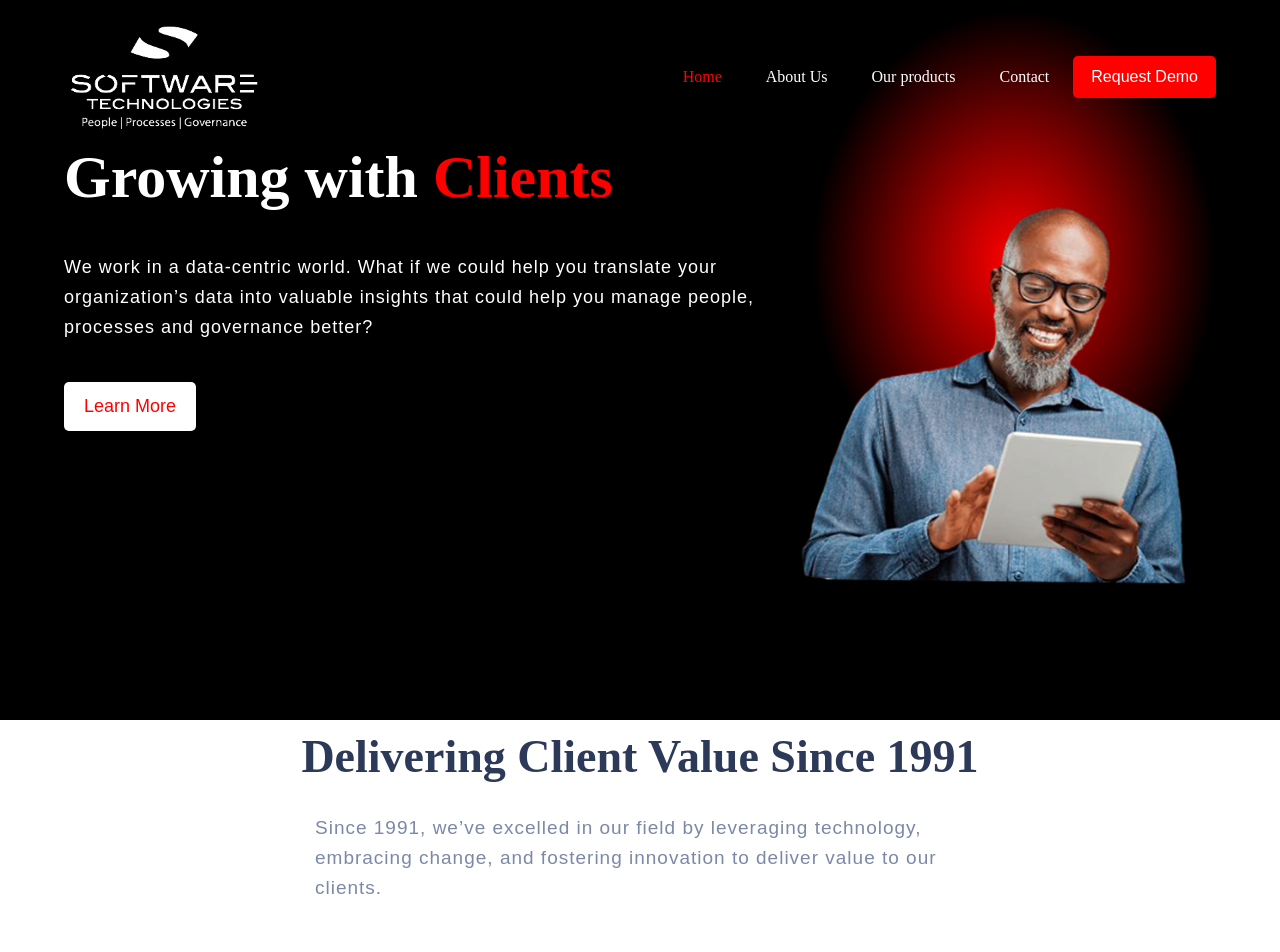
Repository: Kaleidiana/IST
Page: home.html
The author's editor kept a copy of each file at every save. The page is drawn from the files as they stood at one save, then again after the next save.
The browser window is 1280 px wide. The pictures show the part of the page from y = 0 to 952 px (the page is 4714 px tall).
A picture or video elsewhere on the page could not be fetched, so the positions and the page height are approximate.

Above is the page before, as saved 2024-03-20 11:55:51.

### home.html
<!DOCTYPE html>
<html lang="en">

<head>
    <meta charset="UTF-8">
    <meta name="viewport" content="width=device-width, initial-scale=1.0">
    <title>Document</title>
    <link rel="stylesheet" href="home.css">
    <link rel="stylesheet" href="https://cdnjs.cloudflare.com/ajax/libs/font-awesome/6.5.1/css/all.min.css" integrity="sha512-DTOQO9RWCH3ppGqcWaEA1BIZOC6xxalwEsw9c2QQeAIftl+Vegovlnee1c9QX4TctnWMn13TZye+giMm8e2LwA==" crossorigin="anonymous" referrerpolicy="no-referrer"
    />
</head>

<body>
    <!--------home section -->
    <div id="home">
        <div class="container">
            <div class="header">
                <nav>
                    <img class="logo" src="logo.png" alt="">
                    <ul>
                        <li><a style="color: red;" href="#">Home</a></li>
                        <li><a href="#">About Us</a></li>
                        <li>
                            <a href="#">Our products</a>
                            <ul class="dropdown">
                                <li><a href="#">Managing people</a></li>
                                <li><a href="#">Managing resources</a></li>
                                <li><a href="#">Managing </a></li>
                                <li><a href="#">Governance</a></li>
                            </ul>
                        </li>
                        <li><a href="contact.html">Contact</a></li>
                        <li><a class="demmo" href="#">Request Demo</a></li>
                    </ul>
                </nav>

                <div class="home-content">
                    <div class="home-texts">
                        <h1>Growing with <span>Clients</span></h1>
                        <p>We work in a data-centric world. What if we could help you translate your organization’s data into valuable insights that could help you manage people, processes and governance better?</p>
                        <button>Learn More</button>
                    </div>
                    <div class="the-image">
                        <img src="./images/happy.png" alt="">
                    </div>
                </div>
            </div>
        </div>
    </div>

    <div id="about">
        <div class="header2-content">
            <h1>Delivering Client Value Since 1991</h1>
            <p>Since 1991, we’ve excelled in our field by leveraging technology, embracing change, and fostering innovation to deliver value to our clients.</p>
        </div>

        <div class="about-content">
            <div class="text">
                <p>eHorizon – HRMS (Human Resource Management System)</p>
                <h2>Human Resource and Payroll</h2>
                <hr>
                <p class="main-text">Manage your employee’s lifecycle, effectively. No matter the size, industry or location of your organization, we can help manage your employee’s life cycle on cloud with our intuitive software solution.
                </p>
                <button>Learn More</button>
            </div>
            <div class="image-content">
                <img src="image-1.png" alt="">
            </div>
            <div class="image-content">
                <img src="image-2.png" alt="">
            </div>
            <div class="text">
                <p>eHorizon – HRMS (Human Resource Management System)</p>
                <h2>Human Resource and Payroll</h2>
                <hr>
                <p class="main-text">Manage your employee’s lifecycle, effectively. No matter the size, industry or location of your organization, we can help manage your employee’s life cycle on cloud with our intuitive software solution.
                </p>
                <button>Learn More</button>
            </div>

            <div class="text">
                <p>eHorizon – HRMS (Human Resource Management System)</p>
                <h2>Human Resource and Payroll</h2>
                <hr>
                <p class="main-text">Manage your employee’s lifecycle, effectively. No matter the size, industry or location of your organization, we can help manage your employee’s life cycle on cloud with our intuitive software solution.
                </p>
                <button>Learn More</button>
            </div>
            <div class="image-content">
                <img src="image-3.jpeg" alt="">
            </div>
            <div class="image-content">
                <img src="image-1.png" alt="">
            </div>
            <div class="text">
                <img src="./images/Betty-eBoard.jpg" alt="">
                <p>eHorizon – HRMS (Human Resource Management System)</p>
                <h2>Human Resource and Payroll</h2>
                <hr>
                <p class="main-text">Manage your employee’s lifecycle, effectively. No matter the size, industry or location of your organization, we can help manage your employee’s life cycle on cloud with our intuitive software solution.
                </p>
                <button>Learn More</button>
            </div>
        </div>
    </div>
    <!---------product section------->
    <div id="product">
        <h1>Download Our Brochures</h1>
        <div class="product-images">
            <div>
                <h4 class="try">Board Management System</h4>
                <button class="btnn">Download</button>
            </div>
            <div>
                <h4 class="try">eParliament</h4>

                <button class="btnn">Download</button>
            </div>
            <div>
                <h4 class="try">Contract Lifecycle Management</h4>
                <img src="./images/Contract..png" alt="">
                <button class="btnn">Download</button>
            </div>
            <div>
                <h4 class="try">Human Resource and Payroll</h4>
                <img src="./images/contact2.png" alt="">
                <button class="btnn">Download</button>
            </div>
        </div>

    </div>
    <div class="down-side">
        <h1>Ready to enhance board productivity and decision-making?<br> Request a demo <span style="color: red;">today</span></h1>
        <button>I Am Ready</button>
    </div>

    <div id="request">
        <div class="left-side">
            <img class="" src="logo.png" alt="">
            <p>Download Our Apps</p>
            <button>App Store</button>
            <button>App Play</button>
        </div>
        <div class="horizontal-line">

        </div>
        <div class="right-side">
            <div>
                <h4>Products</h4>
                <p>eHorizon eBoard</p>
                <p>eHorizon eParliament</p>
                <p>eHorizon HRMS</p>
                <p>eHorizon Mkataba</p>
            </div>

            <div>
                <h4>Company</h4>
                <p>Home</p>
                <p>About STL</p>
                <p>Contact Us</p>
                <p>Security</p>
            </div>

            <div>
                <h4>Discover</h4>
                <p>Blog</p>
                <p>Partners</p>
                <p>CRS</p>
                <p>Career Opportunities</p>
            </div>
        </div>
    </div>
    <hr>
    <div class="foot">
        <div class="copy-write">
            <p>©1991-2024 Software Technologies Ltd. All Rights Reserved | Privacy Policy | Terms & Conditions</p>
        </div>

        <div class="icons">
            <i class="fa-brands fa-linkedin"></i>
            <i class="fa-brands fa-twitter"></i>
            <i class="fa-brands fa-facebook"></i>
        </div>
    </div>
</body>

</html>

### home.css
* {
    margin: 0;
    padding: 0;
    box-sizing: border-box;
}

.header {
    width: 100%;
    background: radial-gradient(closest-side at 950px 250px, red, black);
    color: #fff;
}

nav {
    display: flex;
    justify-content: space-between;
    align-items: center;
}

#home {
    padding: 10px 5%;
    width: 100%;
    height: 100vh;
    background-color: black;
}

ul {
    list-style: none;
}

ul li {
    display: inline-block;
    position: relative;
}

ul li a {
    display: block;
    padding: 15px 20px;
    color: #fff;
    text-decoration: none;
    text-align: center;
}

ul li ul.dropdown li a {
    color: black;
}

ul li ul.dropdown li {
    display: block;
}

ul li ul.dropdown {
    width: 100%;
    position: absolute;
    display: none;
}

ul li:hover ul.dropdown {
    display: block;
    background-color: #fff;
    width: 250px;
    border-radius: 10px;
}

.logo {
    width: 200px;
}

.demmo {
    background-color: red;
    color: #fff;
    padding: 12px 18px;
    border: none;
    border-radius: 5px;
    font-family: sans-serif;
}

.the-image img {
    width: 430px;
    margin-top: 10%;
}

.home-content {
    display: flex;
    justify-content: space-between;
}

.home-texts {
    flex-basis: 60%;
}

.home-content p {
    line-height: 30px;
    letter-spacing: 1px;
    font-size: 18px;
    font-family: sans-serif;
    font-weight: 300;
    margin-bottom: 40px;
}

.home-content h1 {
    font-size: 60px;
    margin-bottom: 40px;
}

.home-content span {
    color: red;
}

.home-content button {
    background-color: white;
    color: red;
    padding: 14px 20px;
    border: none;
    border-radius: 5px;
    font-family: sans-serif;
    font-size: 18px;
}


/*-------ABOUT SECTION --------*/

#about {
    padding: 10px 5%;
}

.about-content {
    display: grid;
    grid-template-columns: 1fr 1fr;
    column-gap: 30px;
    row-gap: 20px;
    margin-top: 6%;
}

.text {
    background-color: #DAE6E9;
    padding: 65px 25px;
    border-radius: 10px;
}

.text p {}

.main-text {
    font-size: 15px;
    margin-top: 20px;
    letter-spacing: 1px;
    line-height: 30px;
    font-family: sans-serif;
}

.text h2 {
    margin-top: 20px;
    margin-bottom: 30px;
}

.image-content img {}

.text button {
    margin-top: 20px;
    background-color: red;
    border: none;
    padding: 12px 23px;
    color: white;
    border-radius: 5px;
}

.header2-content {
    display: flex;
    align-items: center;
    justify-content: center;
    flex-direction: column;
}

.header2-content h1 {
    padding-left: 0px;
    font-size: 46px;
    margin-bottom: 30px;
    color: #2d3958;
}

.header2-content p {
    width: 650px;
    color: #7b88a8;
    font-size: 19px;
    line-height: 30px;
    letter-spacing: 1px;
    font-family: sans-serif;
    font-weight: 200;
}

hr {
    color: black;
    border: solid 0.6px;
}


/*-----------PRODUCT SECTION______*/

#product {
    padding: 10px 8%;
    width: 100%;
    height: 100vh;
    display: flex;
    align-items: center;
    flex-direction: column;
}

.product-images img {
    width: 100%;
}

.product-images {
    display: grid;
    grid-template-columns: 1fr 1fr 1fr 1fr;
    column-gap: 25px;
}

.product-images div {
    position: relative;
    padding-top: 60px;
    width: 240px;
    height: 400px;
    padding-left: 20px;
    padding-right: 20px;
    box-shadow: 0 6px 10px rgba(0, 0, 0, .5);
}

.btnn {
    font-size: 17px;
    position: absolute;
    bottom: 15px;
    left: 50%;
    transform: translate(-50%);
    width: 130px;
    background-color: red;
    color: white;
    border: none;
    padding: 8px;
}

i {
    background-color: #fff;
}

#product h1 {
    margin-top: 8%;
    color: #2d3958;
    margin-bottom: 20px;
    font-size: 40px;
    font-weight: 900;
}

.try {
    white-space: nowrap;
    top: 20px;
    left: 50%;
    transform: translate(-50%);
    position: absolute;
    color: #2d3958;
}

.down-side {
    width: 100%;
    height: 50vh;
    background-color: #DAE6E9;
    border-radius: 60px 60px 0 0;
    display: flex;
    justify-content: center;
    align-items: center;
    text-align: center;
    flex-direction: column;
}

.down-side h1 {
    color: #2d3958;
}

.down-side button {
    margin-top: 4%;
    width: 140px;
    height: 50px;
    background-color: red;
    color: #fff;
    border: none;
    font-size: 18px;
    letter-spacing: 1px;
    border-radius: 50px;
    padding: 5px;
}


/*--------request demo section------*/

#request {
    padding: 10px 5%;
    width: 100%;
    height: 70vh;
    background-color: #353535;
    display: flex;
    justify-content: space-between;
    color: #fff;
}

.left-side p {
    margin-top: 10px;
    margin-bottom: 20px;
    font-family: sans-serif;
    letter-spacing: 1px;
}

.left-side button {
    background-color: #353535;
    width: 160px;
    height: 55px;
    border: none;
    font-size: 16px;
    box-shadow: 4px 4px rgba(0, 0, 0, .3), -4px -4px rgba(0, 0, 0, .3);
    color: rgb(186, 186, 186);
    border-radius: 8px;
    margin: 10px;
}

.right-side {
    display: flex;
    font-size: 15px;
    margin-top: 5%;
}

.right-side div {
    margin: 35px;
}

.right-side h4 {
    margin-bottom: 20%;
}

.right-side p {
    line-height: 34px;
    color: rgb(143, 140, 140);
}

.horizontal-line {
    width: 1px;
    background-color: darkgray;
    height: 60vh;
    margin-top: 30px;
}

.foot {
    display: flex;
    justify-content: space-between;
    align-items: center;
    padding: 10px 5%;
    width: 100%;
    background-color: #353535;
    color: white;
    height: 200px;
}

.icons i {
    margin: 10px;
    color: black;
    padding: 5px;
}

hr {
    border: 0.01px solid;
    color: rgb(75, 75, 75);
}

.tag {
    margin-right: 100%;
}

After the next save:
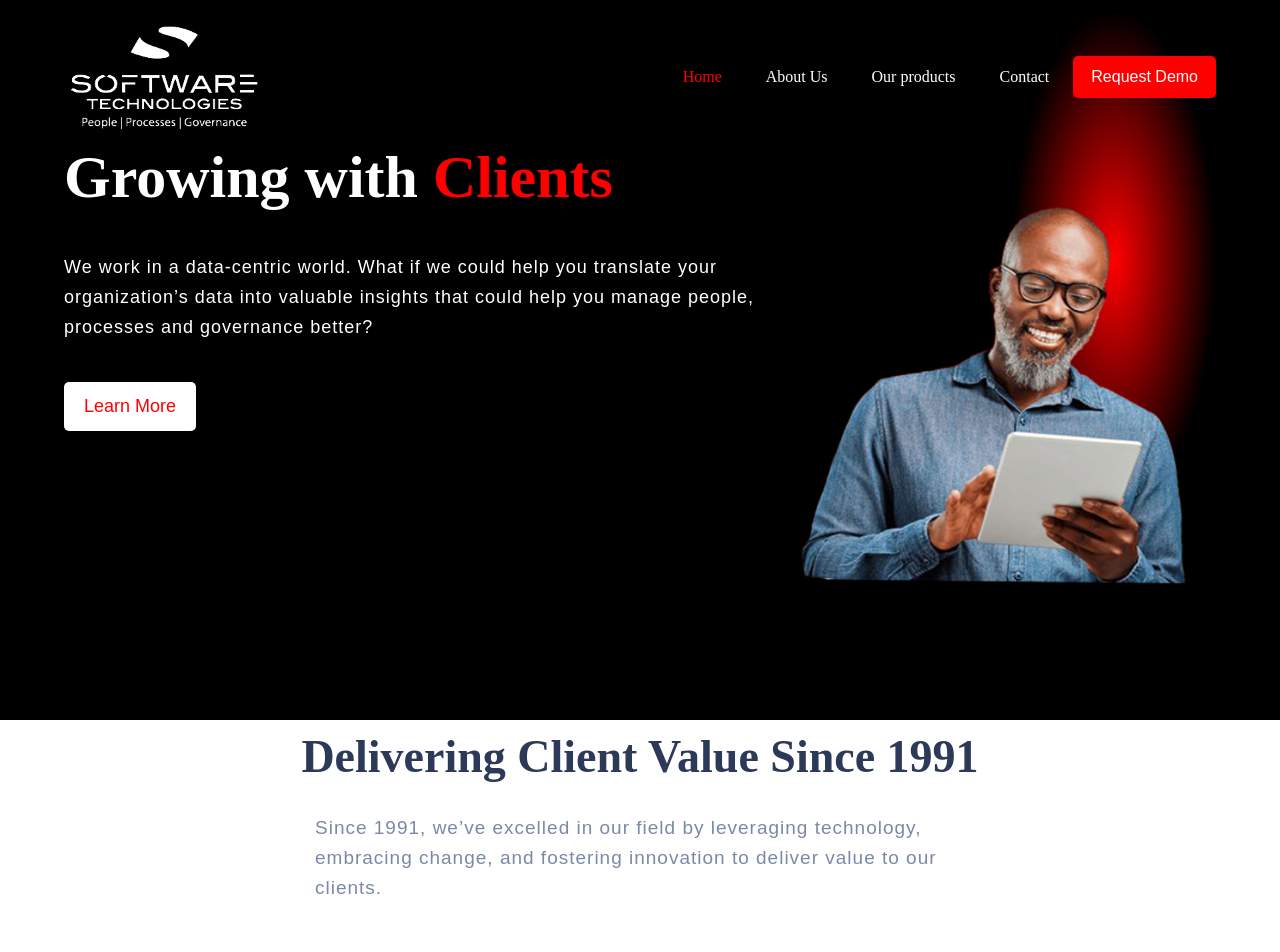
Saved 9 s later.
--- a/home.css
+++ b/home.css
@@ -6,7 +6,7 @@
 
 .header {
     width: 100%;
-    background: radial-gradient(closest-side at 950px 250px, red, black);
+    background: radial-gradient(closest-side at 1050px 250px, red, black);
     color: #fff;
 }
 
